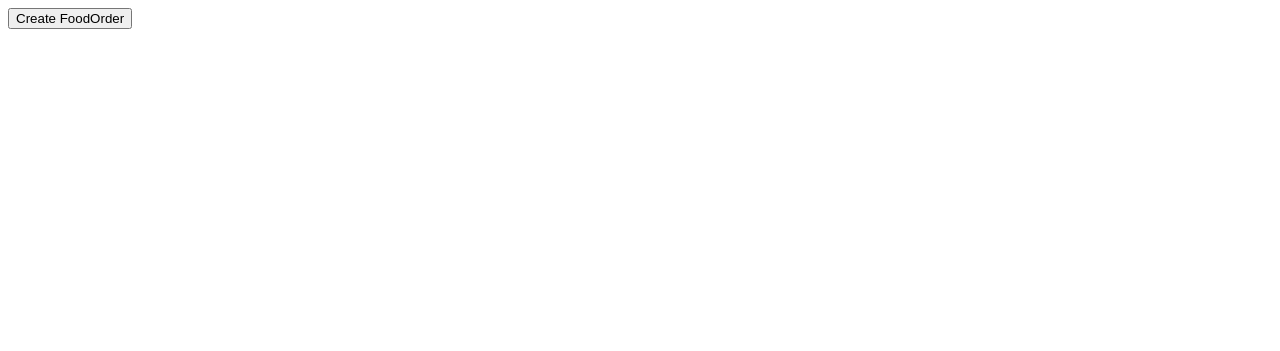
Repository: Jeevith-U/Advance-Java
Page: http://localhost/Food_App/staff.jsp
The author's editor kept a copy of each file at every save. The page is drawn from the files as they stood at one save, then again after the next save.
The browser window is 1280 px wide. The pictures show the whole page.
The page is served by Tomcat 9. Other server files are loaded and not shown.

Above is the page before, as saved 2023-08-24 11:18:27.

### Projects/Food_App/src/main/webapp/staff.jsp
<%@ page language="java" contentType="text/html; charset=ISO-8859-1"
	pageEncoding="ISO-8859-1"%>
<!DOCTYPE html>
<html>
<head>
<meta charset="UTF-8">
<meta name="viewport" content="width=device-width, initial-scale=1.0">
<title>Staff</title>
<style>
form {
	margin: auto;
	margin-top: 250px;
}
</style>
</head>
<body>
 <!--	<form action="staffop" method="post" align="center">

		 <input type="radio" name="op" value="create"> Create Food
		Order <br> <input type="radio" name="op" value="update">
		Update Food Order <br> <input type="submit" value="Submit">
		<input type="radio" name="op" value="update"> Update Food
		Order <br>


	</form>-->

	<a href="createfoodorder.jsp"><button>Create FoodOrder</button></a>
</body>
</html>

After the next save:
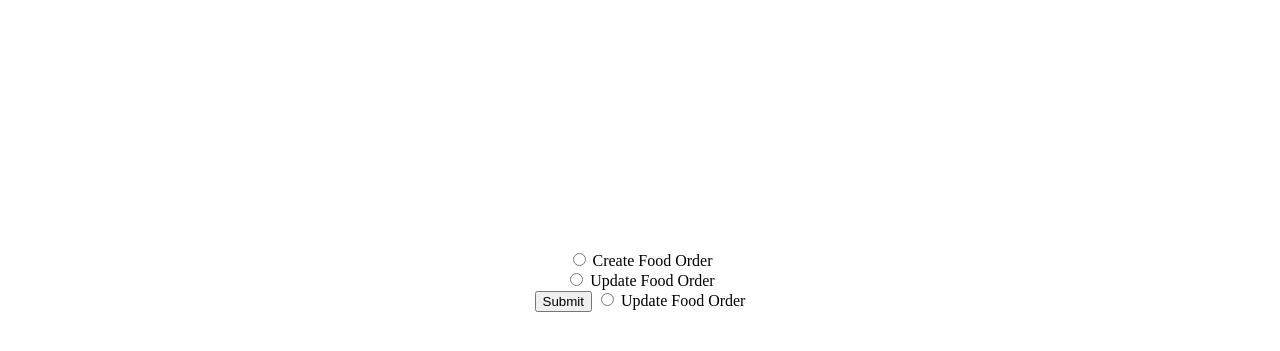
Saved 4 min 5 s later.
--- a/Projects/Food_App/src/main/webapp/staff.jsp
+++ b/Projects/Food_App/src/main/webapp/staff.jsp
@@ -14,7 +14,7 @@ form {
 </style>
 </head>
 <body>
- <!--	<form action="staffop" method="post" align="center">
+	<form action="staffop" method="post" align="center">
 
 		 <input type="radio" name="op" value="create"> Create Food
 		Order <br> <input type="radio" name="op" value="update">
@@ -23,8 +23,8 @@ form {
 		Order <br>
 
 
-	</form>-->
+	</form>
 
-	<a href="createfoodorder.jsp"><button>Create FoodOrder</button></a>
+	<!-- <a href="createfoodorder.jsp"><button>Create FoodOrder</button></a> -->
 </body>
 </html>
